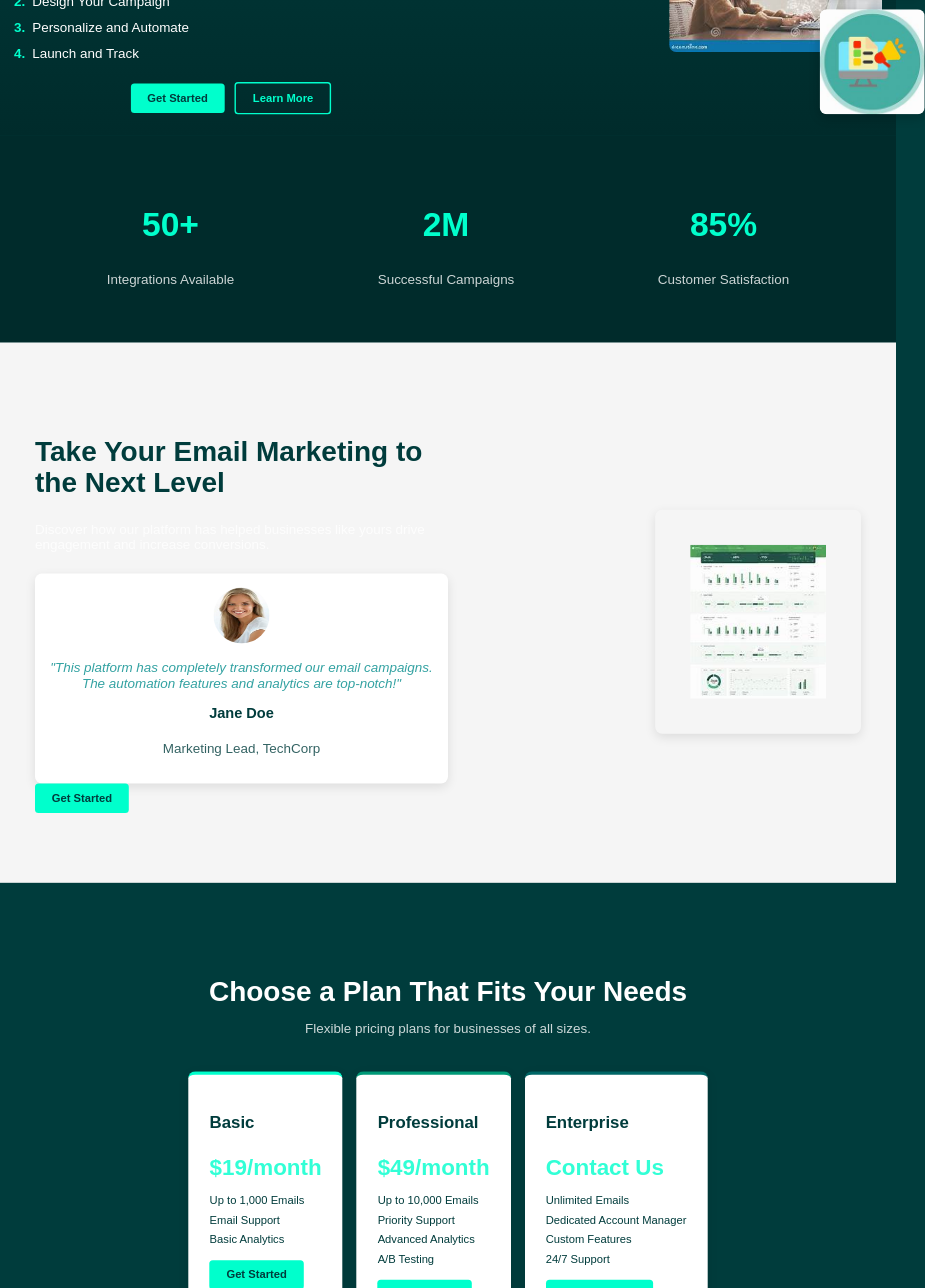
Repository: Patience225/email-marketing
Page: index.html
The author's editor kept a copy of each file at every save. The page is drawn from the files as they stood at one save, then again after the next save.
The browser window is 1280 px wide. The page is 1321 px wide, so the pictures cover 1321 px, including what lies to the right of the window. The pictures show the part of the page from y = 1855 to 3695 px (the page is 4442 px tall), at 70% of full size.

Above is the page before, as saved 2025-01-29 17:42:27.
Console error: TypeError: Cannot read properties of null (reading 'addEventListener')

After the next save:
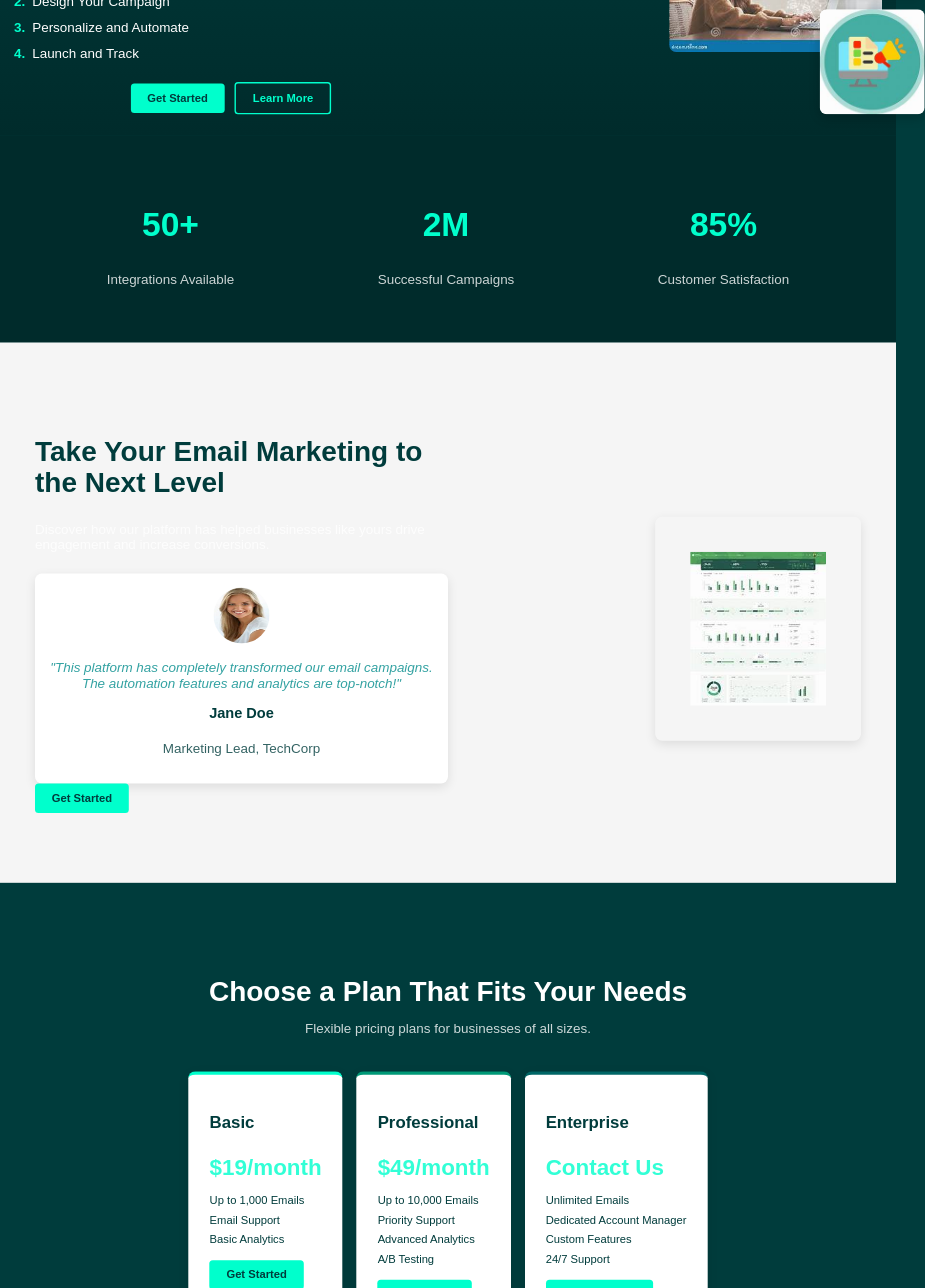
Saved 7 s later.
--- a/styles.css
+++ b/styles.css
@@ -513,7 +513,7 @@ body {
 .testimonial-image img {
   max-width: 100%;
   padding: 50px;
-  margin-top: 30px;
+  margin-top: 50px;
   border-radius: 10px;
   box-shadow: 0px 5px 15px rgba(0, 0, 0, 0.1);
 }
